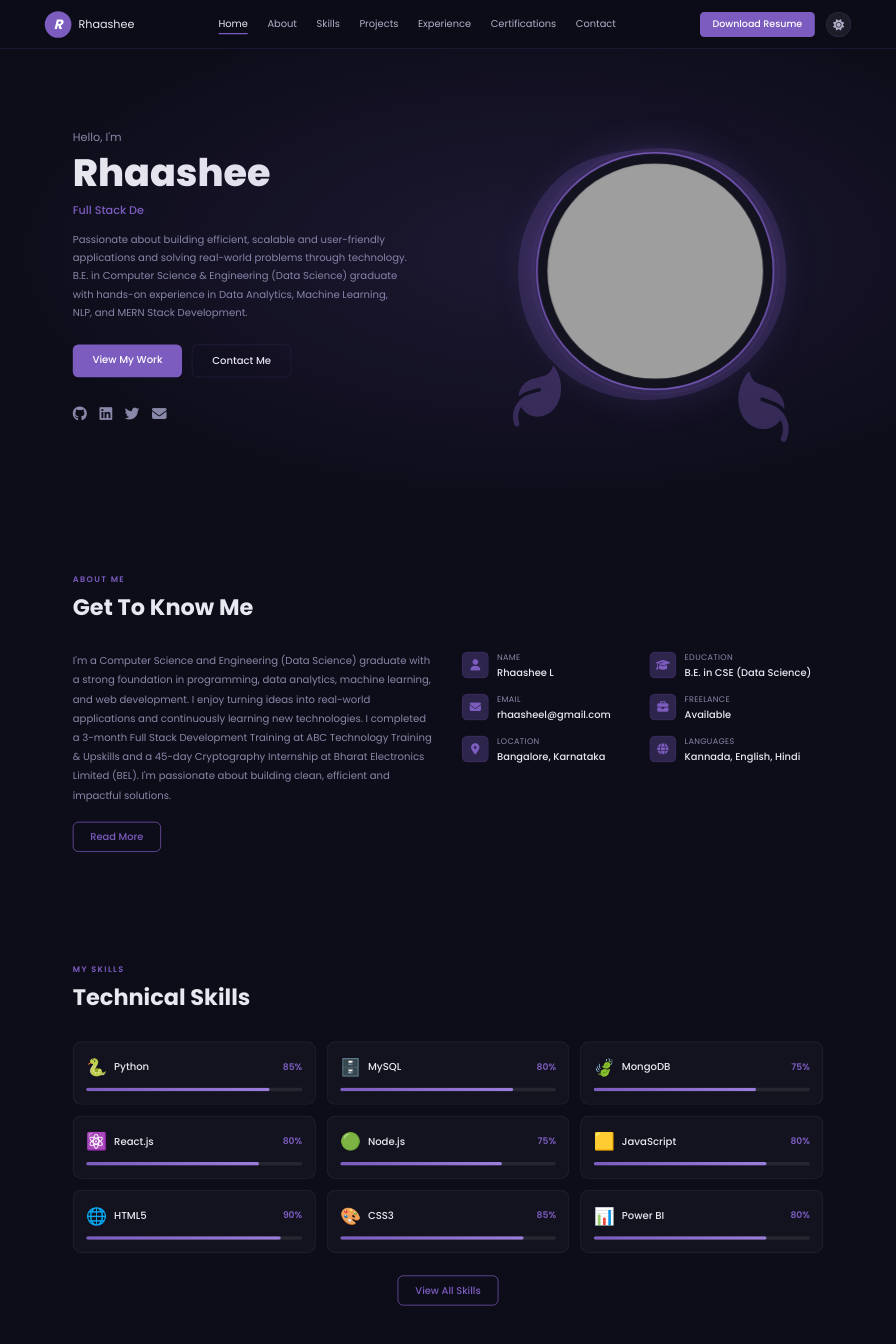
Repository: Rhaashee/Portfolio
Page: MyProfile-frontend/index.html
The author's editor kept a copy of each file at every save. The page is drawn from the files as they stood at one save, then again after the next save.
The browser window is 1280 px wide. The pictures show the part of the page from y = 0 to 1920 px (the page is 5042 px tall), at 70% of full size.
Pictures or frames that could not be fetched are drawn as grey boxes.

Above is the page before, as saved 2026-06-16 14:52:26.

### MyProfile-frontend/index.html
<!DOCTYPE html>
<html lang="en">
<head>
<meta charset="UTF-8" />
<meta name="viewport" content="width=device-width, initial-scale=1.0" />
<title>Rhaashee L | Portfolio</title>
<link rel="preconnect" href="https://fonts.googleapis.com" />
<link href="https://fonts.googleapis.com/css2?family=Poppins:wght@300;400;500;600;700;800&display=swap" rel="stylesheet" />
<link rel="stylesheet" href="https://cdnjs.cloudflare.com/ajax/libs/font-awesome/6.5.1/css/all.min.css" />

<link rel="stylesheet" href="css/varibales.css" />
<link rel="stylesheet" href="css/custom.css" />
<link rel="stylesheet" href="css/themes.css" />
<link rel="stylesheet" href="css/animations.css" />
<link rel="stylesheet" href="css/responsive.css" />
</head>
<body>

<!-- ===== NAVBAR ===== -->
<nav class="navbar" id="navbar">
  <div class="nav-logo">
    <div class="logo-icon">R</div>
    <span id="nav-logo-text">Welcome to my Portfolio</span>
  </div>

  <div class="nav-links">
    <a href="#hero" class="active">Home</a>
    <a href="#about">About</a>
    <a href="#skills">Skills</a>
    <a href="#projects">Projects</a>
    <a href="#experience">Experience</a>
    <a href="#certifications">Certifications</a>
    <a href="#contact">Contact</a>
  </div>

  <div class="nav-right">
    <a href="assets/resume/RhaasheeL_Resume.pdf" target="_blank" class="btn-resume" id="nav-resume-btn">Download Resume</a>
    <button class="theme-toggle" id="theme-toggle" aria-label="Toggle theme"><i class="fas fa-sun"></i></button>
    <button class="hamburger" id="hamburger" aria-label="Menu">
      <span></span><span></span><span></span>
    </button>
  </div>
</nav>

<div class="mobile-menu" id="mobile-menu">
  <a href="#hero" class="mobile-link">Home</a>
  <a href="#about" class="mobile-link">About</a>
  <a href="#skills" class="mobile-link">Skills</a>
  <a href="#projects" class="mobile-link">Projects</a>
  <a href="#experience" class="mobile-link">Experience</a>
  <a href="#certifications" class="mobile-link">Certifications</a>
  <a href="#contact" class="mobile-link">Contact</a>
</div>

<!-- ===== 01 HERO ===== -->
<section id="hero">
  <div class="hero-wrapper">
    <div class="hero-content">
      <p class="hero-hello" id="hero-hello">Hello, I'm</p>
      <h1 class="hero-name" id="hero-name">RHAASHEE L</h1>
      <p class="hero-tagline"><span id="hero-tagline-text" class="typing-text"></span></p>
      <p class="hero-desc" id="hero-desc"></p>
      <div class="hero-btns">
        <a href="#projects" class="btn-primary">View My Work</a>
        <a href="#contact" class="btn-secondary">Contact Me</a>
      </div>
      <div class="hero-socials" id="hero-socials"></div>
    </div>

    <div class="hero-image-wrap">
      <div class="hero-blob">
        <svg viewBox="0 0 500 500" xmlns="http://www.w3.org/2000/svg">
          <path d="M250,60 C340,55 420,110 440,200 C460,290 420,370 340,410 C260,450 160,440 100,380 C40,320 30,220 70,150 C110,80 160,65 250,60 Z"></path>
        </svg>
      </div>

      <div class="hero-decor">
        <i class="fas fa-sparkle sparkle sparkle-1"></i>
        <i class="fas fa-sparkle sparkle sparkle-2"></i>
        <i class="fas fa-sparkle sparkle sparkle-3"></i>
        <i class="fas fa-sparkle sparkle sparkle-4"></i>
        <i class="fas fa-sparkle sparkle sparkle-5"></i>
        <i class="fas fa-leaf leaf leaf-1"></i>
        <i class="fas fa-leaf leaf leaf-2"></i>
      </div>

      <div class="hero-image-ring">
        <img id="hero-img" src="assets/images/rhaa.jpeg" alt="Rhaashee L" />
      </div>
    </div>
  </div>
</section>

<!-- ===== 02 ABOUT ===== -->
<section id="about" class="section">
  <p class="section-label">About Me</p>
  <h2 class="section-title">Get To Know Me</h2>

  <div class="about-grid">
    <div>
      <p class="about-desc" id="about-desc"></p>
      <a href="#contact" class="btn-outline">Read More</a>
    </div>

    <div class="about-info-grid">
      <div class="about-info-item">
        <div class="about-info-icon"><i class="fas fa-user"></i></div>
        <div>
          <div class="about-info-label">Name</div>
          <div class="about-info-value" id="about-name"></div>
        </div>
      </div>
      <div class="about-info-item">
        <div class="about-info-icon"><i class="fas fa-graduation-cap"></i></div>
        <div>
          <div class="about-info-label">Education</div>
          <div class="about-info-value" id="about-education"></div>
        </div>
      </div>
      <div class="about-info-item">
        <div class="about-info-icon"><i class="fas fa-envelope"></i></div>
        <div>
          <div class="about-info-label">Email</div>
          <div class="about-info-value" id="about-email"></div>
        </div>
      </div>
      <div class="about-info-item">
        <div class="about-info-icon"><i class="fas fa-briefcase"></i></div>
        <div>
          <div class="about-info-label">Freelance</div>
          <div class="about-info-value" id="about-freelance"></div>
        </div>
      </div>
      <div class="about-info-item">
        <div class="about-info-icon"><i class="fas fa-location-dot"></i></div>
        <div>
          <div class="about-info-label">Location</div>
          <div class="about-info-value" id="about-location"></div>
        </div>
      </div>
      <div class="about-info-item">
        <div class="about-info-icon"><i class="fas fa-globe"></i></div>
        <div>
          <div class="about-info-label">Languages</div>
          <div class="about-info-value" id="about-languages"></div>
        </div>
      </div>
    </div>
  </div>
</section>

<!-- ===== 03 SKILLS ===== -->
<section id="skills" class="section">
  <p class="section-label">My Skills</p>
  <h2 class="section-title">Technical Skills</h2>

  <div class="skills-grid" id="skills-grid"></div>

  <div class="skills-btn-wrap">
    <a href="#" class="btn-outline">View All Skills</a>
  </div>
</section>

<!-- ===== 04 PROJECTS ===== -->
<section id="projects" class="section">
  <p class="section-label">Featured Projects</p>
  <h2 class="section-title">Some Things I've Built</h2>

  <div class="projects-grid" id="projects-grid"></div>

  <div class="projects-btn-wrap">
    <a href="#" class="btn-outline">View All Projects</a>
  </div>
</section>

<!-- ===== 05 EXPERIENCE ===== -->
<section id="experience" class="section">
  <p class="section-label">Experience</p>
  <h2 class="section-title">Work Experience</h2>

  <div class="experience-timeline">
    <div class="timeline-track" id="experience-track"></div>
  </div>
</section>

<!-- ===== 06 CERTIFICATIONS ===== -->
<section id="certifications" class="section">
  <p class="section-label">Certifications</p>
  <h2 class="section-title">My Certifications</h2>

  <div class="certs-slider-wrap">
    <div class="certs-row" id="certs-row"></div>
    <button class="certs-arrow" id="certs-arrow" aria-label="Next certifications"><i class="fas fa-chevron-right"></i></button>
  </div>
</section>

<!-- ===== EDUCATION ===== -->
<section id="education" class="section">
  <p class="section-label">Education</p>
  <h2 class="section-title">My Education</h2>

  <div class="education-grid" id="education-grid"></div>
</section>

<!-- ===== 08 CONTACT ===== -->
<section id="contact" class="section" style="position:relative;">
  <p class="section-label">Contact</p>
  <h2 class="section-title">Let's Connect</h2>

  <div class="contact-grid">
    <div>
      <p class="contact-desc">Have a project in mind or just want to say hi? I'd love to hear from you!</p>
      <div class="contact-info-list">
        <div class="contact-info-item"><i class="fas fa-envelope"></i><span id="contact-email"></span></div>
        <div class="contact-info-item"><i class="fas fa-phone"></i><span id="contact-phone"></span></div>
        <div class="contact-info-item"><i class="fas fa-location-dot"></i><span id="contact-location"></span></div>
      </div>
    </div>

    <form class="contact-form" id="contact-form">
      <div class="form-row">
        <div class="form-group">
          <input type="text" id="contact-name" placeholder="Name" required />
        </div>
        <div class="form-group">
          <input type="email" id="contact-email-input" placeholder="Email" required />
        </div>
      </div>
      <div class="form-group">
        <textarea id="contact-message" placeholder="Message" required></textarea>
      </div>
      <button type="submit" class="btn-send">Send Message</button>
      <p id="form-status" style="display:none;margin-top:10px;font-size:0.82rem;"></p>
    </form>
  </div>
  <div class="contact-plant">🪴</div>
</section>

<!-- ===== 09 FOOTER ===== -->
<footer>
  <div class="footer-grid">
    <div class="footer-brand">
      <div class="logo-icon">R</div>
      <p style="margin:10px 0 4px;font-weight:600;" id="footer-logo-text">Rhaashee L</p>
      <p class="footer-tagline">Building solutions. Creating impact.</p>
    </div>

    <div>
      <p class="footer-col-title">Quick Links</p>
      <div class="footer-links" id="footer-quick-links"></div>
    </div>

    <div>
      <p class="footer-col-title">Resources</p>
      <div class="footer-links" id="footer-resource-links"></div>
    </div>

    <div>
      <p class="footer-col-title">Connect</p>
      <div class="footer-socials" id="footer-socials"></div>
    </div>
  </div>

  <div class="footer-bottom">
    <p class="footer-copy">© 2026 Rhaashee L. All rights reserved.</p>
  </div>
</footer>

<button class="back-to-top" id="back-to-top" aria-label="Back to top"><i class="fas fa-arrow-up"></i></button>

<!-- ===== DATA ===== -->
<script src="js/data/profile.js"></script>
<script src="js/data/skills.js"></script>
<script src="js/data/projects.js"></script>
<script src="js/data/experience.js"></script>
<script src="js/data/certifications.js"></script>
<script src="js/data/education.js"></script>
<script src="js/data/socials.js"></script>

<!-- ===== FEATURES ===== -->
<script src="js/features/theme-toggle.js"></script>
<script src="js/features/hero-render.js"></script>
<script src="js/features/typing-effect.js"></script>
<script src="js/features/about-render.js"></script>
<script src="js/features/skills-render.js"></script>
<script src="js/features/project-render.js"></script>
<script src="js/features/experience-render.js"></script>
<script src="js/features/certification-render.js"></script>
<script src="js/features/education-render.js"></script>
<script src="js/features/social-render.js"></script>
<script src="js/features/navbar.js"></script>
<script src="js/features/mobile-menu.js"></script>
<script src="js/features/active-nav.js"></script>
<script src="js/features/BackToTop.js"></script>
<script src="js/features/scroll-animation.js"></script>
<script src="js/features/contact-api.js"></script>
<script src="js/features/contact-validation.js"></script>
<script src="js/features/modal.js"></script>

<script src="js/main.js"></script>
</body>
</html>

### MyProfile-frontend/css/varibales.css
/* ===== THEME VARIABLES ===== */
:root {
  /* Dark Theme (default) */
  --bg: #0d0d1a;
  --bg-card: #13131f;
  --bg-nav: rgba(13, 13, 26, 0.95);
  --text: #e8e8f0;
  --text-muted: #8888a8;
  --text-secondary: #b0b0c8;
  --accent: #7c5cbf;
  --accent-light: #9b7edb;
  --accent-glow: rgba(124, 92, 191, 0.3);
  --border: rgba(124, 92, 191, 0.2);
  --border-card: rgba(255, 255, 255, 0.07);
  --skill-bar-bg: rgba(255, 255, 255, 0.08);
  --input-bg: rgba(255, 255, 255, 0.05);
  --shadow: 0 4px 30px rgba(0, 0, 0, 0.4);
  --shadow-card: 0 2px 20px rgba(0, 0, 0, 0.3);
  --hero-gradient: radial-gradient(ellipse at 60% 50%, rgba(124, 92, 191, 0.15) 0%, transparent 70%);
  --section-number-color: #2a2a4a;
}

[data-theme="light"] {
  --bg: #f5f5ff;
  --bg-card: #ffffff;
  --bg-nav: rgba(245, 245, 255, 0.95);
  --text: #1a1a2e;
  --text-muted: #6666a0;
  --text-secondary: #444466;
  --accent: #6b46c1;
  --accent-light: #7c5cbf;
  --accent-glow: rgba(107, 70, 193, 0.15);
  --border: rgba(107, 70, 193, 0.2);
  --border-card: rgba(107, 70, 193, 0.1);
  --skill-bar-bg: rgba(107, 70, 193, 0.1);
  --input-bg: rgba(107, 70, 193, 0.05);
  --shadow: 0 4px 30px rgba(107, 70, 193, 0.1);
  --shadow-card: 0 2px 20px rgba(107, 70, 193, 0.08);
  --hero-gradient: radial-gradient(ellipse at 60% 50%, rgba(107, 70, 193, 0.08) 0%, transparent 70%);
  --section-number-color: #e8e8f8;
}

### MyProfile-frontend/css/themes.css
/* themes.css — light/dark toggle handled via data-theme on <html> */
/* All values live in varibales.css; this file only has structural overrides if needed */

[data-theme="light"] .hero-image-ring {
  box-shadow: 0 0 60px rgba(107, 70, 193, 0.2);
}

[data-theme="light"] .skill-bar-fill {
  background: linear-gradient(90deg, #6b46c1, #9b7edb);
}

[data-theme="light"] .navbar {
  box-shadow: 0 1px 20px rgba(107, 70, 193, 0.08);
}

[data-theme="light"] footer {
  background: #ededfa;
}

### MyProfile-frontend/css/animations.css
/* ===== ANIMATIONS ===== */

/* Typing cursor */
.typing-text::after {
  content: '|';
  color: var(--accent);
  animation: blink 0.8s infinite;
}

@keyframes blink {
  0%, 100% { opacity: 1; }
  50% { opacity: 0; }
}

/* Fade in up */
@keyframes fadeInUp {
  from { opacity: 0; transform: translateY(30px); }
  to   { opacity: 1; transform: translateY(0); }
}

.fade-in-up {
  animation: fadeInUp 0.6s ease forwards;
}

/* Float */
@keyframes float {
  0%, 100% { transform: translateY(0); }
  50%       { transform: translateY(-10px); }
}

.hero-image-ring {
  animation: float 5s ease-in-out infinite;
}

/* Stagger children */
.stagger > *:nth-child(1) { animation-delay: 0.1s; }
.stagger > *:nth-child(2) { animation-delay: 0.2s; }
.stagger > *:nth-child(3) { animation-delay: 0.3s; }
.stagger > *:nth-child(4) { animation-delay: 0.4s; }
.stagger > *:nth-child(5) { animation-delay: 0.5s; }
.stagger > *:nth-child(6) { animation-delay: 0.6s; }

/* Reduced motion */
@media (prefers-reduced-motion: reduce) {
  * { animation: none !important; transition-duration: 0.01ms !important; }
}

### MyProfile-frontend/css/responsive.css
/* ===== RESPONSIVE ===== */

@media (max-width: 1024px) {
  .skills-grid {
    grid-template-columns: repeat(2, 1fr);
  }

  .projects-grid {
    grid-template-columns: repeat(2, 1fr);
  }

  .footer-grid {
    grid-template-columns: 1fr 1fr;
  }
}

@media (max-width: 768px) {
  .nav-links {
    display: none;
  }

  .hamburger {
    display: flex;
  }

  .hero-wrapper {
    flex-direction: column-reverse;
    text-align: center;
    gap: 40px;
    padding-top: 80px;
  }

  .hero-btns {
    justify-content: center;
  }

  .hero-socials {
    justify-content: center;
  }

  .hero-name {
    font-size: 2.4rem;
  }

  .hero-image-wrap {
    width: 280px;
    height: 280px;
  }

  .hero-image-ring {
    width: 240px;
    height: 240px;
  }

  .hero-image-ring img,
  .hero-image-placeholder {
    width: 212px;
    height: 212px;
  }

  .leaf-1, .leaf-2 {
    font-size: 3rem;
  }

  .about-grid {
    grid-template-columns: 1fr;
  }

  .about-info-grid {
    grid-template-columns: 1fr 1fr;
  }

  .skills-grid {
    grid-template-columns: repeat(2, 1fr);
  }

  .projects-grid {
    grid-template-columns: 1fr;
  }

  .timeline-track {
    flex-direction: column;
  }

  .timeline-track::before {
    display: none;
  }

  .exp-card {
    margin-right: 0;
    margin-bottom: 16px;
  }

  .education-grid {
    grid-template-columns: 1fr;
  }

  .contact-grid {
    grid-template-columns: 1fr;
  }

  .form-row {
    grid-template-columns: 1fr;
  }

  .footer-grid {
    grid-template-columns: 1fr 1fr;
    gap: 24px;
  }

  .footer-bottom {
    flex-direction: column;
    gap: 12px;
    text-align: center;
  }

  .section {
    padding: 80px 5% 40px;
  }

  .section-title {
    font-size: 1.6rem;
  }
}

@media (max-width: 480px) {
  .skills-grid {
    grid-template-columns: 1fr;
  }

  .about-info-grid {
    grid-template-columns: 1fr;
  }

  .footer-grid {
    grid-template-columns: 1fr;
  }

  .certs-row {
    flex-wrap: nowrap;
    overflow-x: auto;
    scrollbar-width: thin;
    padding-bottom: 8px;
  }

  .hero-name {
    font-size: 2rem;
  }
}

/* Mobile nav link hover */
.mobile-link:hover {
  color: var(--accent);
}

Loaded but not shown: MyProfile-frontend/js/features/hero-render.js (43 lines, source omitted); MyProfile-frontend/js/features/contact-validation.js (58 lines, source omitted); MyProfile-frontend/js/data/profile.js (32 lines, source omitted); MyProfile-frontend/js/features/social-render.js (36 lines, source omitted); MyProfile-frontend/js/data/projects.js (48 lines, source omitted); MyProfile-frontend/js/features/skills-render.js (43 lines, source omitted); MyProfile-frontend/js/features/theme-toggle.js (40 lines, source omitted); MyProfile-frontend/js/features/modal.js (30 lines, source omitted); MyProfile-frontend/js/features/project-render.js (30 lines, source omitted); MyProfile-frontend/js/features/about-render.js (20 lines, source omitted); MyProfile-frontend/js/data/socials.js (25 lines, source omitted); MyProfile-frontend/js/features/typing-effect.js (37 lines, source omitted); MyProfile-frontend/js/features/certification-render.js (35 lines, source omitted); MyProfile-frontend/js/data/certifications.js (45 lines, source omitted); MyProfile-frontend/js/data/skills.js (15 lines, source omitted); MyProfile-frontend/js/features/contact-api.js (24 lines, source omitted); MyProfile-frontend/js/data/experience.js (21 lines, source omitted); MyProfile-frontend/js/features/active-nav.js (25 lines, source omitted); MyProfile-frontend/js/features/experience-render.js (23 lines, source omitted); MyProfile-frontend/js/data/education.js (24 lines, source omitted); MyProfile-frontend/js/features/education-render.js (23 lines, source omitted); MyProfile-frontend/js/features/scroll-animation.js (21 lines, source omitted); MyProfile-frontend/js/features/mobile-menu.js (18 lines, source omitted); MyProfile-frontend/js/features/BackToTop.js (19 lines, source omitted); MyProfile-frontend/js/features/navbar.js (15 lines, source omitted); MyProfile-frontend/js/main.js (5 lines, source omitted); MyProfile-frontend/css/custom.css (1169 lines, source omitted)

After the next save:
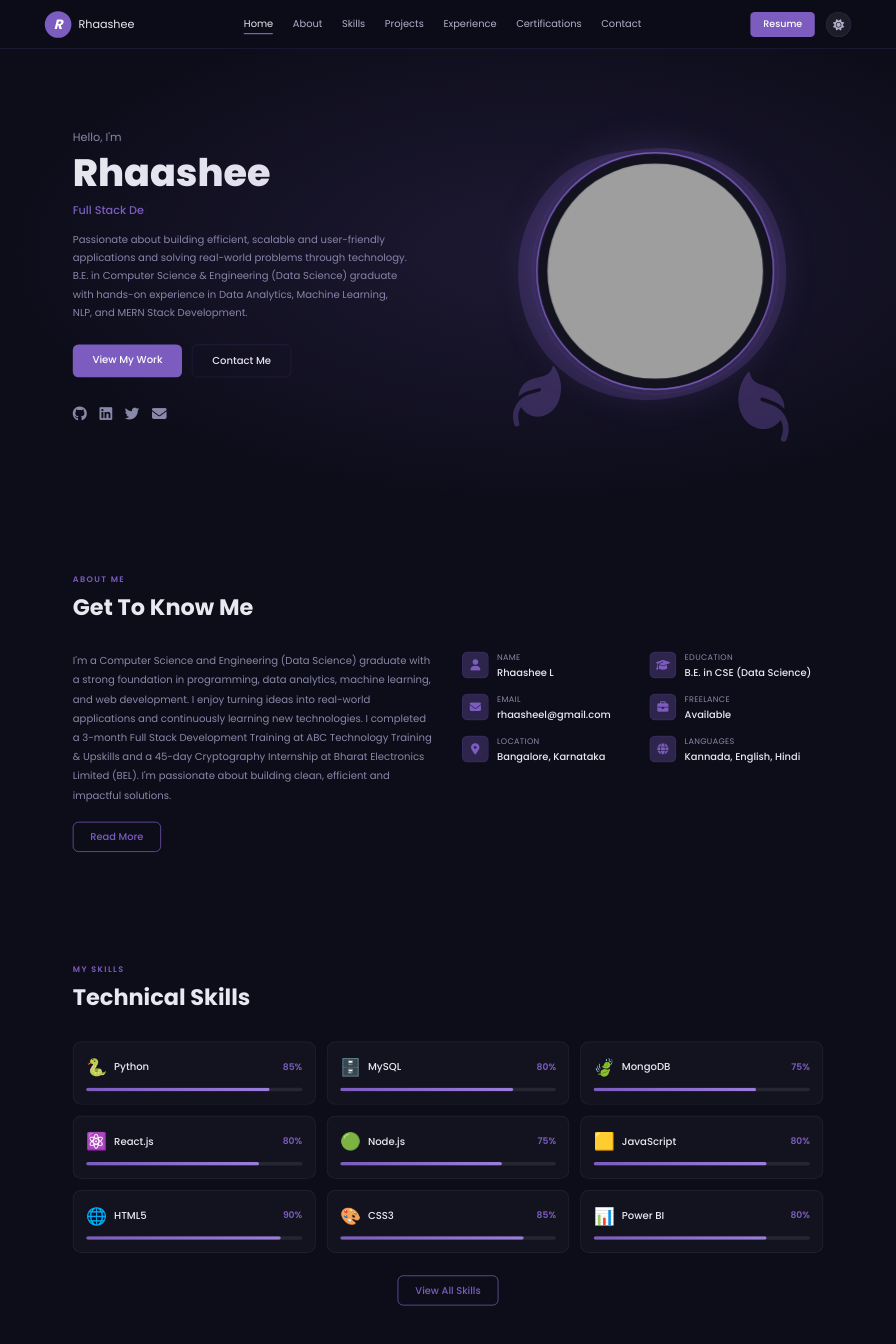
Saved 12 s later.
--- a/MyProfile-frontend/index.html
+++ b/MyProfile-frontend/index.html
@@ -34,7 +34,7 @@
   </div>
 
   <div class="nav-right">
-    <a href="assets/resume/RhaasheeL_Resume.pdf" target="_blank" class="btn-resume" id="nav-resume-btn">Download Resume</a>
+    <a href="assets/resume/RhaasheeL_Resume.pdf" target="_blank" class="btn-resume" id="nav-resume-btn">Resume</a>
     <button class="theme-toggle" id="theme-toggle" aria-label="Toggle theme"><i class="fas fa-sun"></i></button>
     <button class="hamburger" id="hamburger" aria-label="Menu">
       <span></span><span></span><span></span>
